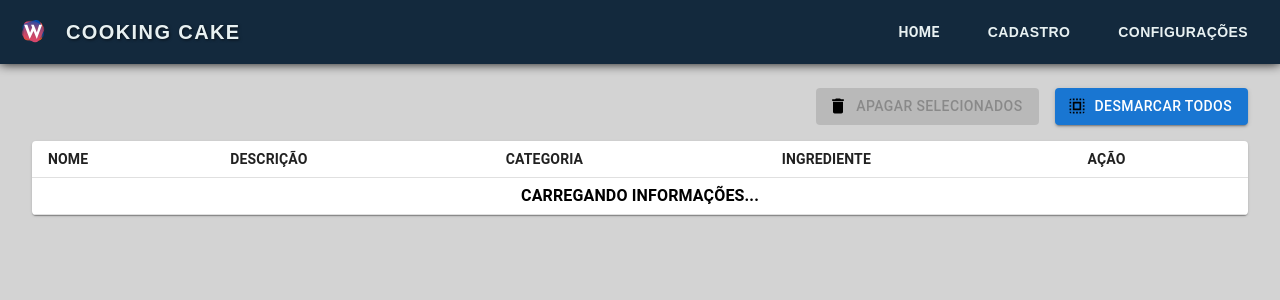
Repository: oZanella/projeto_windel_web_CRM
Page: /
These files come from the project's save history. The page is drawn as it stood at one moment and after the next save; the edit follows.
The browser window is 1280 px wide. The pictures show the whole page.
The page's requests for data from a server got no answer. The project was rebuilt for these pictures with package versions that can differ from the ones it lists, and the page was loaded fresh each time. No one was signed in, and anything a server would have sent is missing. Also part of the build but not shown: vite.config.js, src/routes/Configuracoes.jsx. Imported but missing from the stored project, and not drawn on this page: src/routes/Cadastro.jsx.

Above is the page before, as saved 2024-08-19 10:35:43.

### index.html
<!doctype html>
<html lang="en">

<head>
  <meta charset="UTF-8" />
  <link rel="icon" type="image/svg+xml" href="./src/image/LogoWindel.svg" />
  <link rel="stylesheet" href="src/style/GlobalStyles.css" />
  <link href="https://fonts.googleapis.com/css2?family=Playfair+Display&display=swap" rel="stylesheet">

  <meta name="viewport" content="width=device-width, initial-scale=1.0" />
  <title>Projeto Teste - CRM </title>
</head>

<body>
  <div id="root"></div>
  <script type="module" src="/src/main.jsx"></script>
</body>

</html>

### src/style/GlobalStyles.css
:root {
  --click: #7fa8c4;
  --primary: #E8F1F2;
  --darkblue: #13293D;
  --secondary: #000000;
  --ligthblue: #1b98e0;
  --animation: #006494;
  --ligthkgrey: #D3D3D3;
  --blueceledron: #247ba0;
  --delete: #FF0000;
}

* {
    color: var(--secondary);
}

body {
  background-color: var(--ligthkgrey);
}

### src/main.jsx
import { createBrowserRouter, RouterProvider, Navigate } from "react-router-dom"
import { createRoot } from 'react-dom/client'
import { StrictMode } from 'react'
import { App } from './App.jsx'

import './style/GlobalStyles.css'

//páginas do projeto
import { Cadastro } from './routes/Cadastro.jsx'
import { Home } from './routes/Home.jsx'
import { Configuracoes } from './routes/configuracoes.jsx'

const router = createBrowserRouter([
  {
    element: <App />,
    children: [
      {
        path: '/',
        element: <Navigate to="/home" replace />,
      },
      {
        path: '/home',
        element: <Home />,
      },
      {
        path: '/cadastro',
        element: <Cadastro />,
      },
      {
        path: '/configuracoes',
        element: <Configuracoes />,
      },
    ],
  },
])

createRoot(document.getElementById('root')).render(
  <StrictMode>
    <RouterProvider router={router} />
  </StrictMode>,
)

### src/App.jsx
import { Header } from './components/Header'
import { Outlet } from 'react-router-dom'
import { Box } from '@mui/material'
import './style/GlobalStyles.css'

export function App() {
  return (
    <Box sx={{ p: { xs: 2, sm: 3 }, marginTop: { xs: 8, sm: 8 } }}>
      <Header />
      <Box>
        <Outlet />
      </Box>
    </Box>
  );
}

### src/routes/Home.jsx
import React, { useEffect, useState } from 'react';
import { Box, TextField, Button, Dialog, DialogActions, DialogContent, DialogTitle, Select, MenuItem, FormControl, InputLabel } from '@mui/material';

import { handleShowDetails, handleEdit, handleSave, handleInputChange } from '../components/Handle';
import { CardDados } from '../components/TableHome';

import { blogFetch } from '../axios/config';


export const Home = () => {
  const [posts, setPosts] = useState([]);
  const [selectInfo, setSelectInfo] = useState(null);
  const [modeEdit, setModeEdit] = useState(null);
  const [dataEdit, setDataEdit] = useState({});
  const [openAddDialog, setOpenAddDialog] = useState(false);
  const [newPost, setNewPost] = useState({ name: '', description: '', category: '' });

  const getPosts = async () => {
    try {
      const response = await blogFetch.get("/recipe");
      const uniqueData = response.data.filter((value, index, self) =>
        index === self.findIndex((t) => t.id === value.id)
      );
      setPosts(uniqueData); // Garante que não tenha dados duplicados
    } catch (error) {
      console.log(error);
    }
  };

  useEffect(() => {
    getPosts();
  }, []);

  const handleDelete = async (postId) => {
    try {
      await blogFetch.delete(`/recipe/${postId}`);
      setPosts(posts.filter(post => post.id !== postId));
      console.log('Post deletado com sucesso');
    } catch (error) {
      console.error('Erro ao deletar o post', error);
    }
  };

  const handleAddOpen = () => setOpenAddDialog(true);
  const handleAddClose = () => setOpenAddDialog(false);

  {/* API para envio do novo registro*/ }
  const handleAdd = async () => {
    try {
      const newPostFormatted = {
        name: newPost.name,
        description: newPost.description,
        ingredients: [],
        category: newPost.category,
        isFavorite: newPost.isFavorite
      };

      const response = await blogFetch.post("/recipe", newPostFormatted);
      setPosts([...posts, response.data]);
      setNewPost({ name: '', description: '', category: '', isFavorite: false });
      handleAddClose();
      console.log('Post adicionado com sucesso');
    } catch (error) {
      console.error('Erro ao adicionar o post', error);
    }
  };

  return (
    <Box>
      {/* Dados para Adicionar Novo Registro */}
      <Dialog open={openAddDialog} onClose={handleAddClose}>
        <DialogTitle>Adicionar Novo Registro</DialogTitle>
        <DialogContent>
          <TextField
            name="name"
            label="Nome"
            value={newPost.name}
            onChange={(e) => setNewPost({ ...newPost, name: e.target.value })}
            fullWidth
            sx={{ marginBottom: 2 }}
          />
          <TextField
            name="description"
            label="Descrição"
            value={newPost.description}
            onChange={(e) => setNewPost({ ...newPost, description: e.target.value })}
            fullWidth
            sx={{ marginBottom: 2 }}
          />
          <TextField
            name="category"
            label="Categoria"
            value={newPost.category}
            onChange={(e) => setNewPost({ ...newPost, category: e.target.value })}
            fullWidth
            sx={{ marginBottom: 2 }}
          />
          <FormControl fullWidth sx={{ marginBottom: 2 }}>
            <InputLabel>Favorito</InputLabel>
            <Select
              name="isFavorite"
              value={newPost.isFavorite}
              onChange={(e) => setNewPost({ ...newPost, isFavorite: e.target.value })}
              label="Favorito"
            >
              <MenuItem value={true}>Sim</MenuItem>
              <MenuItem value={false}>Não</MenuItem>

            </Select>
          </FormControl>
        </DialogContent>
        <DialogActions>
          <Button onClick={handleAddClose}>Cancelar</Button>
          <Button onClick={handleAdd}>Adicionar</Button>
        </DialogActions>
      </Dialog>

      <CardDados
        posts={posts}
        handleDelete={handleDelete}
        handleEdit={handleEdit}
        handleSave={handleSave}
        modeEdit={modeEdit}
        setModeEdit={setModeEdit}
        dataEdit={dataEdit}
        setDataEdit={setDataEdit}
        handleInputChange={handleInputChange}
        selectInfo={selectInfo}
        setSelectInfo={setSelectInfo}
        handleShowDetails={handleShowDetails}
      />
    </Box>
  );
};

### src/components/Header.jsx
import { AppBar, Toolbar, Typography, Box, Button, IconButton } from '@mui/material';
import Logo from '../image/LogoWindel.svg';
import { Link } from 'react-router-dom';
import React from 'react';

export const Header = () => {
  return (
    // Header fundo 1 //
    <AppBar
      position="fixed"
      sx={{
        width: '100%',
        boxShadow: '0px 0.01px 11px var(--secondary)',
        top: 0,
        left: 0,
      }}
    >

      {/* Header fundo 2 */}
      <Toolbar
        sx={{
          display: 'flex',
          alignItems: 'center',
          padding: { xs: '0px', sm: '0px' },
          justifyContent: 'space-between',
          height: '64px',
          minHeight: '64px',
          backgroundColor: 'var(--darkblue)',
          boxSizing: 'border-box',
        }}
      >
        {/* Logo da principal */}
        <IconButton
          to={`/home`}
          edge="start"
          sx={{
            ml: { xs: 0 },
            cursor: 'default',
          }}
          component={Link}
          aria-label="logo"
        >
          <img src={Logo} alt="Logo" style={{ width: '50px', height: '40px' }} />
        </IconButton>

        {/* Titulo da pagina */}
        <Typography
          variant="h6"
          sx={{
            display: { xs: 'none', sm: 'block' },
            color: 'var(--primary)',
            fontWeight: 'bold',
            letterSpacing: '0.07em',
            textTransform: 'uppercase',                 //text em maiusculo
            textShadow: '1px 1px 3px rgba(0,0,0,0.6)',
            fontFamily: 'Arial, serif',
            flexGrow: 1,
          }}
        >
          Cooking Cake
        </Typography>

        {/* Botões */}
        <Box
          sx={{
            mr: { xs: 0, sm: 2 },
            gap: 2,
            display: 'flex',
            alignItems: 'center',
            flexGrow: { xs: 1, sm: 0 },
            justifyContent: { xs: 'center' },
          }}
        >
          <Button
            variant="text"
            component={Link}
            to={`/home`}
            sx={{
              position: 'relative',
              color: 'var(--primary)',
              fontWeight: 'bold',
              textTransform: 'uppercase',
              padding: '8px 16px',
              border: 'none',
              textDecoration: 'none',
              backgroundColor: 'transparent',
              '&:before': {
                content: '""',
                position: 'absolute',
                left: 0,
                bottom: 0,
                width: '100%',
                height: '2px',
                backgroundColor: 'var(--primary)',
                transform: 'scaleX(0)',
                transformOrigin: 'bottom right',
                transition: 'transform 0.3s ease',
              },
              '&:hover:before': {
                transform: 'scaleX(1)',
                transformOrigin: 'bottom left',
              },
              '&:focus': {
                outline: 'none',
              },
            }}
          >
            Home
          </Button>
          <Button
            variant="text"
            component={Link}
            to={`/cadastro`}
            sx={{
              position: 'relative',
              color: 'var(--primary)',
              fontWeight: 'bold',
              textTransform: 'uppercase',
              fontFamily: 'Arial, serif',
              padding: '8px 16px',
              border: 'none',
              textDecoration: 'none',
              backgroundColor: 'transparent',
              '&:before': {
                content: '""',
                position: 'absolute',
                left: 0,
                bottom: 0,
                width: '100%',
                height: '2px',
                backgroundColor: 'var(--primary)',
                transform: 'scaleX(0)',
                transformOrigin: 'bottom right',
                transition: 'transform 0.3s ease',
              },
              '&:hover:before': {
                transform: 'scaleX(1)',
                transformOrigin: 'bottom left',
              },
              '&:focus': {
                outline: 'none',
              },
            }}
          >
            Cadastro
          </Button>
          <Button
            variant="text"
            component={Link}
            to={`/configuracoes`}
            sx={{
              position: 'relative',
              color: 'var(--primary)',
              fontWeight: 'bold',
              textTransform: 'uppercase',
              fontFamily: 'Arial, serif',
              padding: '8px 16px',
              border: 'none',
              textDecoration: 'none',
              backgroundColor: 'transparent',
              '&:before': {
                content: '""',
                position: 'absolute',
                left: 0,
                bottom: 0,
                width: '100%',
                height: '2px',
                backgroundColor: 'var(--primary)',
                transform: 'scaleX(0)',
                transformOrigin: 'bottom right',
                transition: 'transform 0.3s ease',
              },
              '&:hover:before': {
                transform: 'scaleX(1)',
                transformOrigin: 'bottom left',
              },
              '&:focus': {
                outline: 'none',
              },
            }}
          >
            Configurações
          </Button>
        </Box>
      </Toolbar>
    </AppBar>
  );
};

### src/components/Handle.jsx

import { blogFetch } from '../axios/config';


export const handleShowDetails = (post, setSelectInfo, selectInfo) => {
  if (selectInfo?.id === post.id) {
    setSelectInfo(null); // Fecha se já estiver aberto
  } else {
    setSelectInfo(post); // Abre o post atual
  }
};

export const handleEdit = (post, setModeEdit, setDataEdit) => {
  setModeEdit(post.id);
  setDataEdit(post);
};

//continua com erro, verificar!!
export const handleSave = async (postId, updateData) => {
  try {
    // Envie uma requisição PUT ou POST para salvar os dados atualizados
    const response = await blogFetch.put(`/blogFetch/posts/${postId}`, updateData);
    console.log('Dados salvos com sucesso', response.data);

  } catch (error) {
    console.error('Erro de API', error);
  }
};

export const handleInputChange = (e, setDataEdit) => {
  setDataEdit(prevDataEdit => ({ ...prevDataEdit, [e.target.name]: e.target.value }));
};

### src/axios/config.jsx
// src/axios/config.js
import axios from 'axios';

export const blogFetch = axios.create({
  baseURL: 'https://teste-tecnico-front-api.up.railway.app',
  headers: {
    'Content-Type': 'application/json',
  },
});

Loaded but not shown: src/components/TableHome.jsx (300 lines, source omitted)

After the next save:
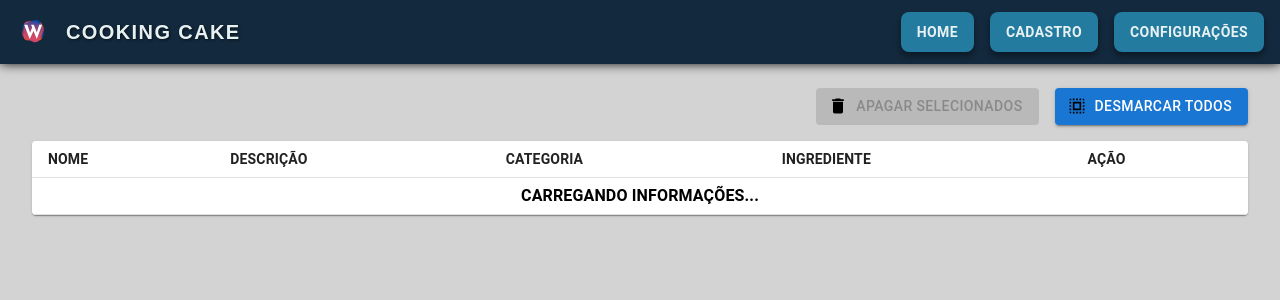
Saved 5 s later.
--- a/src/components/Header.jsx
+++ b/src/components/Header.jsx
@@ -5,6 +5,7 @@ import React from 'react';
 
 export const Header = () => {
   return (
+
     // Header fundo 1 //
     <AppBar
       position="fixed"
@@ -69,118 +70,30 @@ export const Header = () => {
             alignItems: 'center',
             flexGrow: { xs: 1, sm: 0 },
             justifyContent: { xs: 'center' },
+            '& .MuiButton-root': {
+              backgroundColor: 'var(--blueceledron)',
+              color: 'var(--primary)',
+              borderRadius: '8px',
+              boxShadow: '0 4px 6px rgba(0, 0, 0, 0.4)',
+              padding: '8px 16px',
+              fontWeight: 'bold',
+              textTransform: 'uppercase',
+              transition: 'background-color 0.3s, transform 0.3s',
+
+              // Animação
+              '&:hover': {
+                backgroundColor: 'var(--animation)',
+                transform: 'scale(1.07)',
+              },
+              '&:active': {
+                backgroundColor: 'var(--click)',
+              },
+            },
           }}
         >
-          <Button
-            variant="text"
-            component={Link}
-            to={`/home`}
-            sx={{
-              position: 'relative',
-              color: 'var(--primary)',
-              fontWeight: 'bold',
-              textTransform: 'uppercase',
-              padding: '8px 16px',
-              border: 'none',
-              textDecoration: 'none',
-              backgroundColor: 'transparent',
-              '&:before': {
-                content: '""',
-                position: 'absolute',
-                left: 0,
-                bottom: 0,
-                width: '100%',
-                height: '2px',
-                backgroundColor: 'var(--primary)',
-                transform: 'scaleX(0)',
-                transformOrigin: 'bottom right',
-                transition: 'transform 0.3s ease',
-              },
-              '&:hover:before': {
-                transform: 'scaleX(1)',
-                transformOrigin: 'bottom left',
-              },
-              '&:focus': {
-                outline: 'none',
-              },
-            }}
-          >
-            Home
-          </Button>
-          <Button
-            variant="text"
-            component={Link}
-            to={`/cadastro`}
-            sx={{
-              position: 'relative',
-              color: 'var(--primary)',
-              fontWeight: 'bold',
-              textTransform: 'uppercase',
-              fontFamily: 'Arial, serif',
-              padding: '8px 16px',
-              border: 'none',
-              textDecoration: 'none',
-              backgroundColor: 'transparent',
-              '&:before': {
-                content: '""',
-                position: 'absolute',
-                left: 0,
-                bottom: 0,
-                width: '100%',
-                height: '2px',
-                backgroundColor: 'var(--primary)',
-                transform: 'scaleX(0)',
-                transformOrigin: 'bottom right',
-                transition: 'transform 0.3s ease',
-              },
-              '&:hover:before': {
-                transform: 'scaleX(1)',
-                transformOrigin: 'bottom left',
-              },
-              '&:focus': {
-                outline: 'none',
-              },
-            }}
-          >
-            Cadastro
-          </Button>
-          <Button
-            variant="text"
-            component={Link}
-            to={`/configuracoes`}
-            sx={{
-              position: 'relative',
-              color: 'var(--primary)',
-              fontWeight: 'bold',
-              textTransform: 'uppercase',
-              fontFamily: 'Arial, serif',
-              padding: '8px 16px',
-              border: 'none',
-              textDecoration: 'none',
-              backgroundColor: 'transparent',
-              '&:before': {
-                content: '""',
-                position: 'absolute',
-                left: 0,
-                bottom: 0,
-                width: '100%',
-                height: '2px',
-                backgroundColor: 'var(--primary)',
-                transform: 'scaleX(0)',
-                transformOrigin: 'bottom right',
-                transition: 'transform 0.3s ease',
-              },
-              '&:hover:before': {
-                transform: 'scaleX(1)',
-                transformOrigin: 'bottom left',
-              },
-              '&:focus': {
-                outline: 'none',
-              },
-            }}
-          >
-            Configurações
-          </Button>
+          <Button variant="contained" component={Link} to={`/home`}>Home</Button>
+          <Button variant="contained" component={Link} to={`/cadastro`}>Cadastro</Button>
+          <Button variant="contained" component={Link} to={`/configuracoes`}>Configurações</Button>
         </Box>
       </Toolbar>
     </AppBar>
